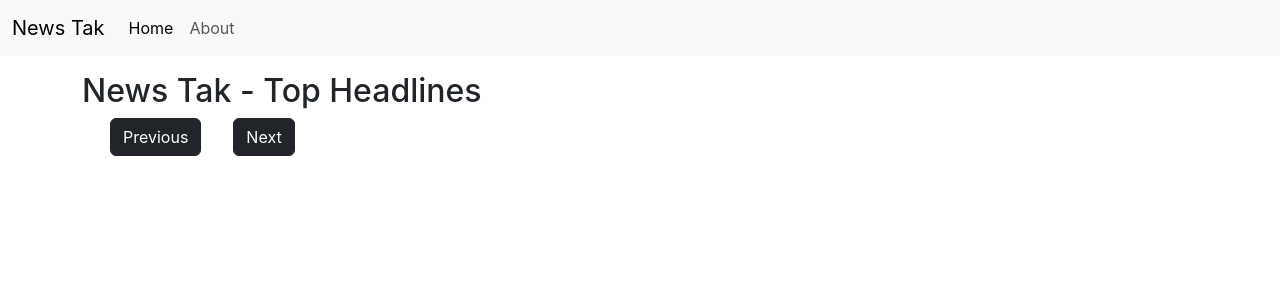
Repository: Rohit-foryou/News-website
Page: /entertainment
The author's editor kept a copy of each file at every save. The page is drawn from the files as they stood at one save, then again after the next save.
The browser window is 1280 px wide. The pictures show the whole page.
The page's requests for data from a server got no answer. The project was rebuilt for these pictures with package versions that can differ from the ones it lists, and the page was loaded fresh each time. No one was signed in, and anything a server would have sent is missing. Also part of the build but not shown: src/Components/NewsItem.js.

Above is the page before, as saved 2023-12-22 20:35:28.

### public/index.html
<!DOCTYPE html>
<html lang="en">
  <head>
    <meta charset="utf-8" />
    <link rel="icon" href="%PUBLIC_URL%/favicon.ico" />
    <meta name="viewport" content="width=device-width, initial-scale=1" />
    <meta name="theme-color" content="#000000" />
    <meta
      name="description"
      content="News Tak is used to see latest news fast and easy"
    />
    <link rel="apple-touch-icon" href="%PUBLIC_URL%/logo192.png" />
    <!--
      manifest.json provides metadata used when your web app is installed on a
      user's mobile device or desktop. See https://developers.google.com/web/fundamentals/web-app-manifest/
    -->
    <link rel="manifest" href="%PUBLIC_URL%/manifest.json" />
    <!--
      Notice the use of %PUBLIC_URL% in the tags above.
      It will be replaced with the URL of the `public` folder during the build.
      Only files inside the `public` folder can be referenced from the HTML.

      Unlike "/favicon.ico" or "favicon.ico", "%PUBLIC_URL%/favicon.ico" will
      work correctly both with client-side routing and a non-root public URL.
      Learn how to configure a non-root public URL by running `npm run build`.
    -->
    <title>News Tak</title>
    <link href="https://cdn.jsdelivr.net/npm/bootstrap@5.3.2/dist/css/bootstrap.min.css" rel="stylesheet" integrity="sha384-T3c6CoIi6uLrA9TneNEoa7RxnatzjcDSCmG1MXxSR1GAsXEV/Dwwykc2MPK8M2HN" crossorigin="anonymous">
  </head>
  <body>
    <noscript>You need to enable JavaScript to run this app.</noscript>
    <div id="root"></div>
    <!--
      This HTML file is a template.
      If you open it directly in the browser, you will see an empty page.

      You can add webfonts, meta tags, or analytics to this file.
      The build step will place the bundled scripts into the <body> tag.

      To begin the development, run `npm start` or `yarn start`.
      To create a production bundle, use `npm run build` or `yarn build`.
    -->
    <script src="https://cdn.jsdelivr.net/npm/bootstrap@5.3.2/dist/js/bootstrap.bundle.min.js" integrity="sha384-C6RzsynM9kWDrMNeT87bh95OGNyZPhcTNXj1NW7RuBCsyN/o0jlpcV8Qyq46cDfL" crossorigin="anonymous"></script>
  </body>
</html>

### src/App.js
import React, { Component } from 'react'
import NavBar from './Components/NavBar'
import News from './Components/News'

export class App extends Component {
  render() {
    return (
      <div>
        <NavBar/>
        <News/>
      </div>
    )
  }
}

export default App

### src/Components/NavBar.js
import React, { Component } from 'react'

export default class NavBar extends Component {
  render() {
    return (
      <div>
        <nav className="navbar navbar-expand-lg bg-body-tertiary">
            <div className="container-fluid">
                <a className="navbar-brand" href="/">News Tak</a>
                <button className="navbar-toggler" type="button" data-bs-toggle="collapse" data-bs-target="#navbarSupportedContent" aria-controls="navbarSupportedContent" aria-expanded="false" aria-label="Toggle navigation">
                <span className="navbar-toggler-icon"></span>
                </button>
                <div className="collapse navbar-collapse" id="navbarSupportedContent">
                <ul className="navbar-nav me-auto mb-2 mb-lg-0">
                    <li className="nav-item">
                    <a className="nav-link active" aria-current="page" href="/">Home</a>
                    </li>
                    <li className="nav-item">
                    <a className="nav-link" href="/about">About</a>
                    </li>
                </ul>
                </div>
            </div>
        </nav>
      </div>
    )
  }
}

### src/Components/News.js
import React, { Component } from "react";
import NewsItem from "./NewsItem";

export class News extends Component {

  constructor() {
    super();
    console.log("hello i am constructor");
    this.state = {
      articles: [],
      loading: false,
      page: 1
    };
  }

 async componentDidMount(){
    let url = "https://newsapi.org/v2/top-headlines?country=in&apiKey=fa3dbec13bb44cd2a222250b4aea8871"
    let data = await fetch(url);
    let parsedData = await data.json()
    console.log(parsedData)
    this.setState({articles: parsedData.articles})
  }
  render() {
    return (
      <div className="container my-3">
        <h2>News Tak - Top Headlines</h2>

        <div className="row">
        {this.state.articles.map((element)=>{
            return <div className="col-md-4" key={element.url}>
            <NewsItem
              title={element.title?element.title.slice(0,45):""}
              description={element.description?element.description.slice(0,83):""}
              imgUrl={element.urlToImage}
              newsUrl = {element.url}
            />
          </div>
        })}

        </div>
        <div className="container">
            <button type="button" className="btn btn-dark mx-3">Previous</button>
            <button type="button" className="btn btn-dark mx-3">Next</button>
        </div>
      </div>
    );
  }
}

export default News;

Loaded but not shown: src/index.js (common file); src/index.css (common file); src/reportWebVitals.js (common file)

After the next save:
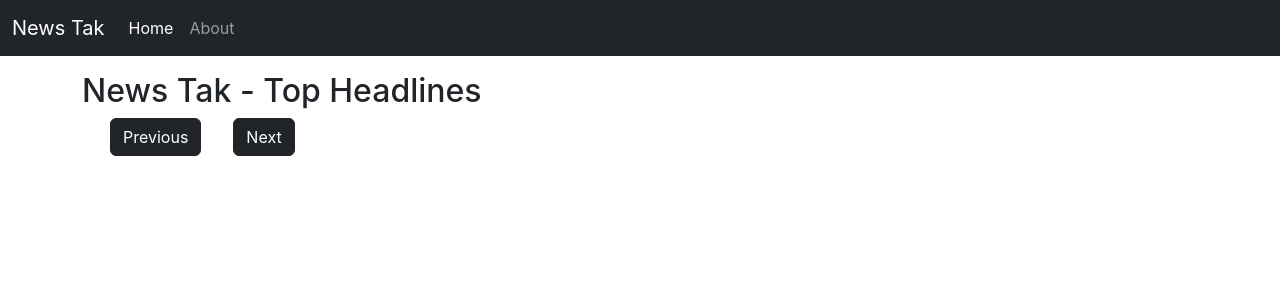
Saved 94 s later.
--- a/src/Components/NavBar.js
+++ b/src/Components/NavBar.js
@@ -4,7 +4,7 @@ export default class NavBar extends Component {
   render() {
     return (
       <div>
-        <nav className="navbar navbar-expand-lg bg-body-tertiary">
+        <nav className="navbar navbar-expand-lg navbar-dark bg-dark">
             <div className="container-fluid">
                 <a className="navbar-brand" href="/">News Tak</a>
                 <button className="navbar-toggler" type="button" data-bs-toggle="collapse" data-bs-target="#navbarSupportedContent" aria-controls="navbarSupportedContent" aria-expanded="false" aria-label="Toggle navigation">
